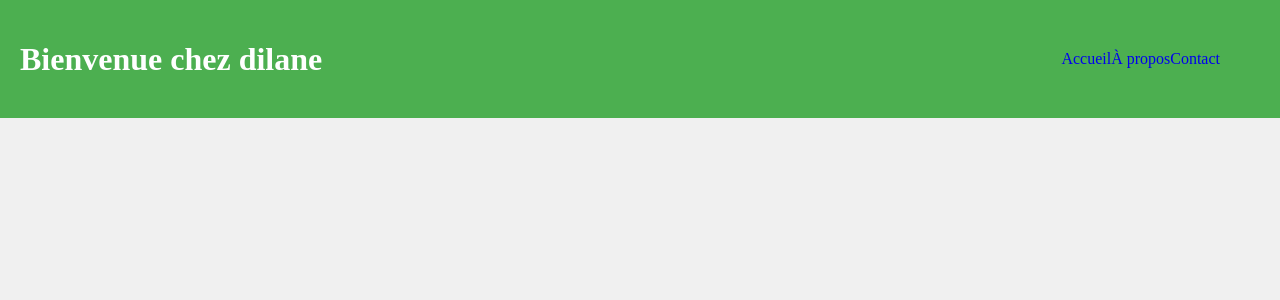
Repository: prestige225/prestige_services_et_finances
Page: app.html
These files come from the project's save history. The page is drawn as it stood at one moment and after the next save; the edit follows.
The browser window is 1280 px wide. The pictures show the whole page.

Above is the page before, as saved 2025-06-01 17:48:49.

After the next save:
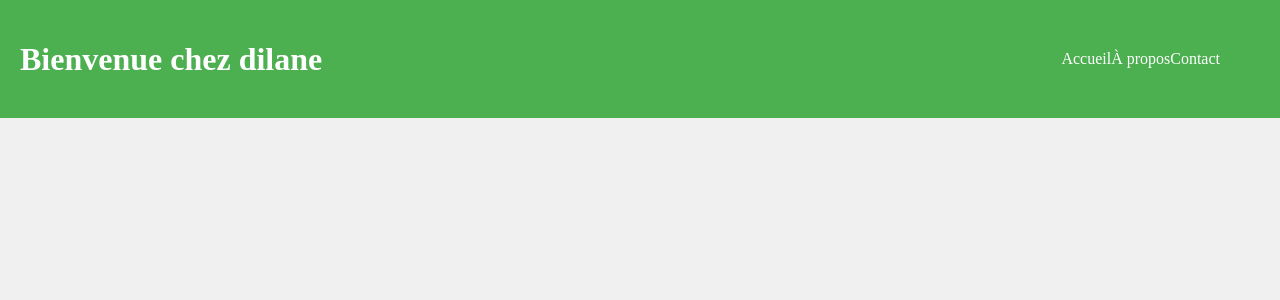
Saved 20 s later.
--- a/app.html
+++ b/app.html
@@ -33,7 +33,8 @@
             }
             header nav ul li a{
             text-decoration: none;
-            gap: 10px;
+            gap: 20px;
+            color: white;
             }
     </style>
     <title>APPPP</title>
